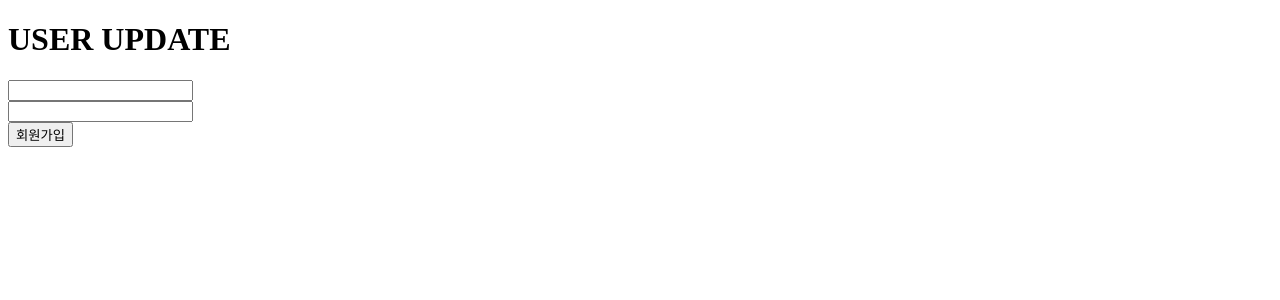
Repository: Leehj9094/JAVA_BOOK-
Page: http://localhost/01JSP/C09/user/update_form.jsp
An editor plug-in stored every save of this project. The page is shown before and after the next save, followed by the edit.
The browser window is 1280 px wide. The pictures show the whole page.
The page is served by Tomcat 9. Other server files are loaded and not shown.

Above is the page before, as saved 2025-04-04 07:33:26.

### JSP/01JSP/src/main/webapp/C09/user/update_form.jsp
<%@ page language="java" contentType="text/html; charset=UTF-8"
    pageEncoding="UTF-8"%>
<!DOCTYPE html>
<html>
<head>
<meta charset="UTF-8">
<title>Insert title here</title>
</head>
<body>
<h1>USER UPDATE</h1>
	<form action="">
		<input type="text" name="userid"><br /> <input type="text"
			name="password"><br />
		<button>회원가입</button>
	</form>
</body>
</html>

After the next save:
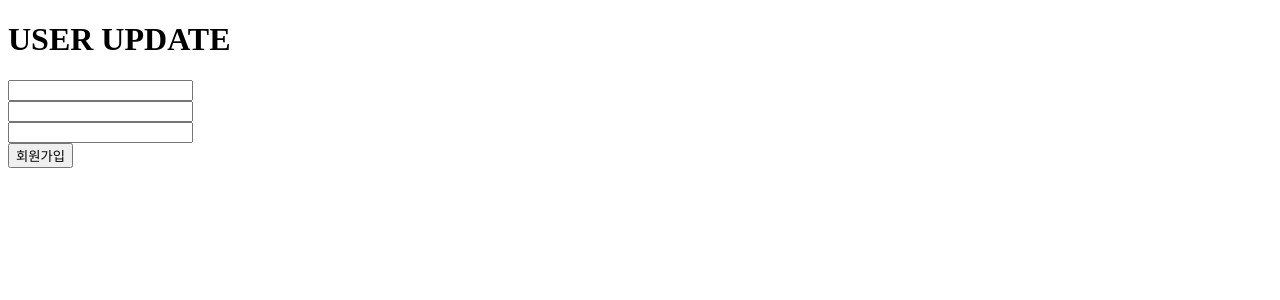
Saved 9 min 42 s later.
--- a/JSP/01JSP/src/main/webapp/C09/user/update_form.jsp
+++ b/JSP/01JSP/src/main/webapp/C09/user/update_form.jsp
@@ -7,10 +7,25 @@
 <title>Insert title here</title>
 </head>
 <body>
+
+	<!--
+
+	1. dbUtils에서 UserDto selectOneIser(String userid)를 받아 단건 조회가 되도록 코드 생성
+	2. selectOneUser함수를 이용해서 해당 사용자 정보 받아와서 form>input에 각각 표시
+	3. dbutils에서 int updateUser(UserDto userDto)를 생성 -> Update 처리코드
+	4. update_form.jsp 에서 수정요청 버튼 클릭하면 ./update.jsp에서 업데이트 처리
+	5. 처리완료이후 selectAll.jsp 이동
+
+	 -->
+
+
+
+
 <h1>USER UPDATE</h1>
-	<form action="">
-		<input type="text" name="userid"><br /> <input type="text"
-			name="password"><br />
+	<form action="./update.jsp">
+		<input type="text" name="userid"><br />
+		<input type="text" name="password"><br />
+		<input type="text" name="role"><br />
 		<button>회원가입</button>
 	</form>
 </body>
